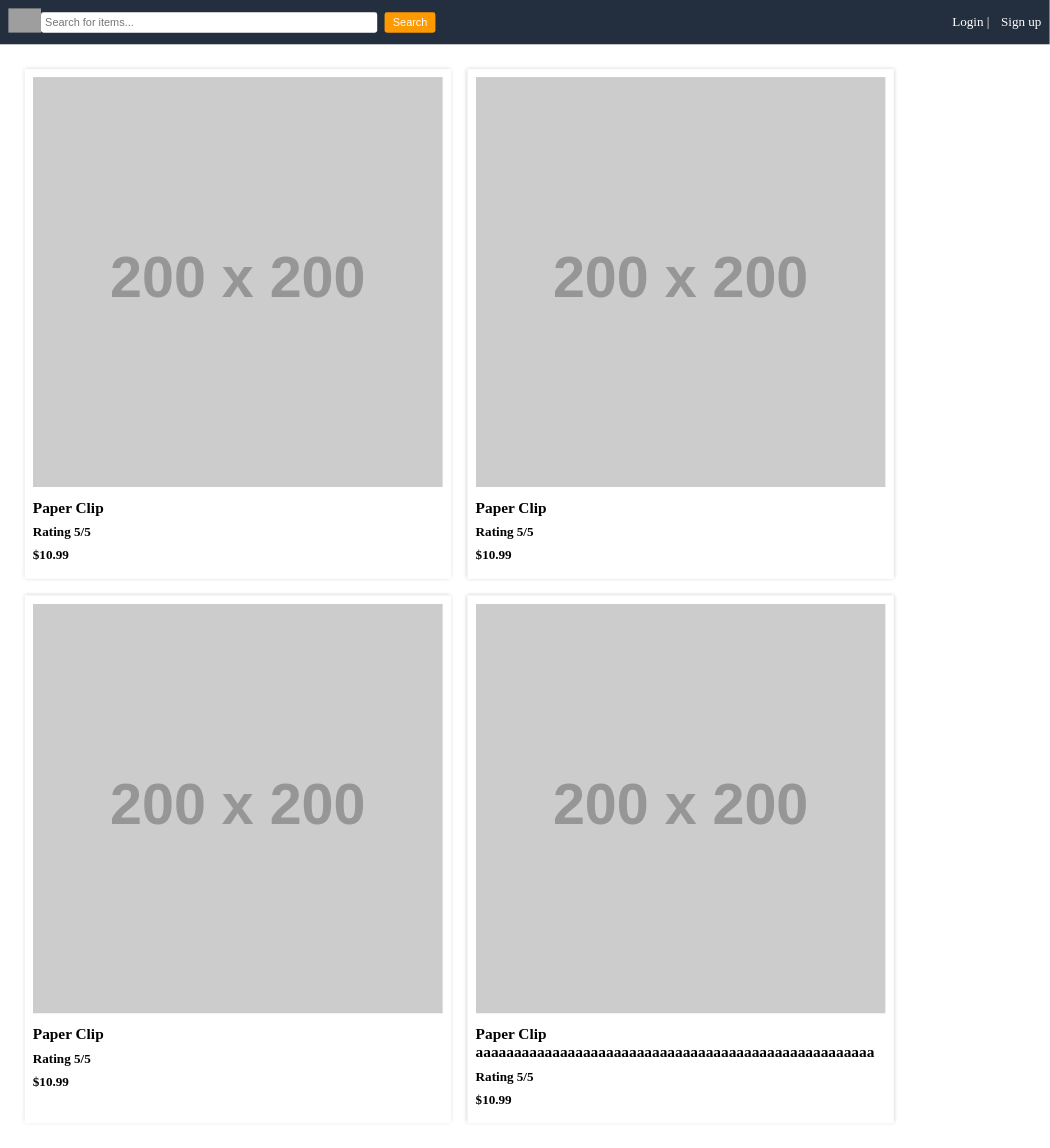
Repository: Minh-John-Le/OfficeSupplyDepot
Page: http://localhost/OfficeSupplyDepotServlet/MainPage.jsp
These files come from the project's save history. The page is drawn as it stood at one moment and after the next save; the edit follows.
The browser window is 1280 px wide. The pictures show the whole page, at 82% of full size.
Pictures or frames that could not be fetched are drawn as grey boxes. The page is served by Tomcat 9. Nobody is signed in. The application's start-up code is not run. Other server files are loaded and not shown.

Above is the page before, as saved 2023-03-13 06:34:49.

### OfficeSupplyDepotServlet/src/main/webapp/MainPage.jsp
<!DOCTYPE html>
<html>
<head>
	<meta charset="UTF-8">
	<title>Office Supply Depot</title>
	<link rel="stylesheet" href="MainPage.css">
</head>
<body>
	<div class="header">
		<div class="logo">
			<img src="my-logo.png" alt="Office Supply Depot">
		</div>
		<div class="search">
			<input type="text" placeholder="Search for items...">
			<button>Search</button>
		</div>
		<div class="login-signup">
			<a href="#">Login</a> | <a href="#">Sign up</a>
		</div>
	</div>
	<div class="item-container">
		<div class="item-box">
			<img src="https://dummyimage.com/200x200/000/fff&text=Paperclips">
			<h3>Paper Clip</h3>
			<p>Rating 5/5</p>
			<p>$10.99</p>
		</div>
		<div class="item-box">
			<img src="https://dummyimage.com/200x200/000/fff&text=Paperclips">
			<h3>Paper Clip</h3>
			<p>Rating 5/5</p>
			<p>$10.99</p>
		</div>
		<div class="item-box">
			<img src="https://dummyimage.com/200x200/000/fff&text=Paperclips">
			<h3>Paper Clip</h3>
			<p>Rating 5/5</p>
			<p>$10.99</p>
		</div>
		<div class="item-box">
			<img src="https://dummyimage.com/200x200/000/fff&text=Paperclips">
			<h3>Paper Clip aaaaaaaaaaaaaaaaaaaaaaaaaaaaaaaaaaaaaaaaaaaaaaaaaaaa</h3>
			<p>Rating 5/5</p>
			<p>$10.99</p>
		</div>
	</div>
</body>
</html>

### OfficeSupplyDepotServlet/src/main/webapp/MainPage.css
/* Global Styles */
body {
	margin: 0;
	padding: 0;
}

/* Header Styles */
.header {
	background-color: #232f3e;
	color: #fff;
	display: flex;
	align-items: center;
	padding: 10px;
}
.logo img {
	height: 30px;
}
.search input[type="text"] {
	padding: 5px;
	border: none;
	border-radius: 3px;
	width: 400px;
}
.search button {
	background-color: #ff9900;
	color: #fff;
	border: none;
	border-radius: 3px;
	padding: 5px 10px;
	margin-left: 5px;
	cursor: pointer;
}
.login-signup {
	margin-left: auto;
}
.login-signup a {
	color: #fff;
	text-decoration: none;
	margin-left: 10px;
}

/* Item Box Styles */
.item-container {
	display: flex;
	flex-wrap: wrap;
	padding: 20px;
}
.item-box {
	width: 500px;
	margin: 10px;
	padding: 10px;
	background-color: #fff;
	box-shadow: 0px 0px 5px rgba(0, 0, 0, 0.2);
}
.item-box img {
	width: 100%;
}
.item-box h3 {
	margin: 10px 0;
}
.rating {
	color: #ff9900;
	margin: 10px 0;
}
.checked {
	color: #ff9900;
}
.item-box p {
	font-weight: bold;
	margin: 10px 0;
}

After the next save:
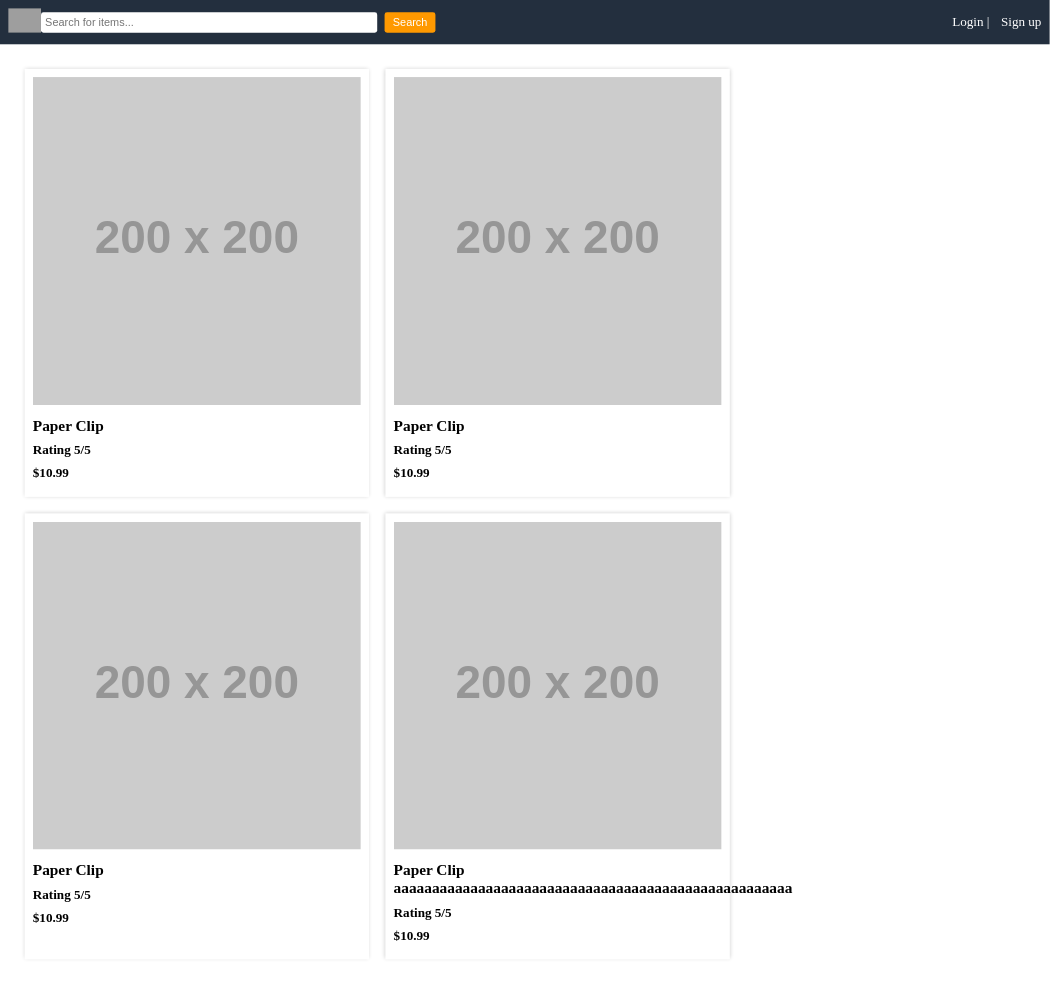
Saved 13 s later.
--- a/OfficeSupplyDepotServlet/src/main/webapp/MainPage.css
+++ b/OfficeSupplyDepotServlet/src/main/webapp/MainPage.css
@@ -46,7 +46,7 @@ body {
 	padding: 20px;
 }
 .item-box {
-	width: 500px;
+	width: 400px;
 	margin: 10px;
 	padding: 10px;
 	background-color: #fff;
